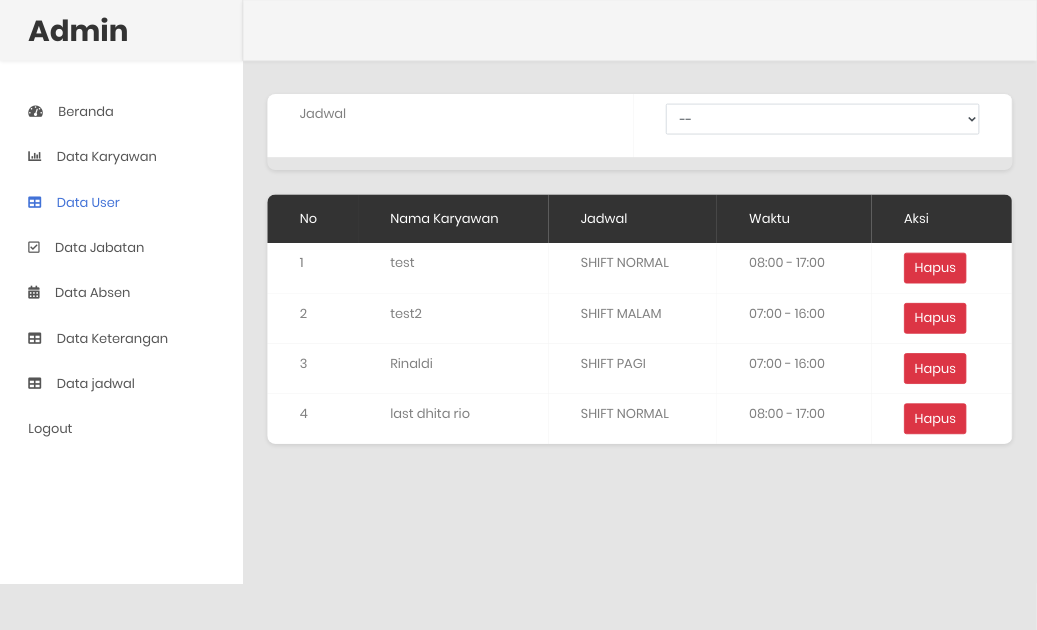
Repository: naldi23bob/Absen2
Page: http://localhost/datajadwal.php
The author's editor kept a copy of each file at every save. The page is drawn from the files as they stood at one save, then again after the next save.
The browser window is 1280 px wide. The pictures show the whole page, at 81% of full size.
The page is run by PHP 8.4 with error messages shown; the project is at /var/www/html/. The session is filled in as if someone had signed in: {"idsi": 2, "namasi": "admin", "ttlsi": 1, "jenkelsi": 1, "agamasi": 1, "alamatsi": 1, "teleponsi": 1, "jabatansi": 1, "schedulesi": 1, "fotosi": 1, "username": "admin"}. The database holds what the project's SQL file puts in it.

Above is the page before, as saved 2023-07-23 16:08:43.

After the next save:
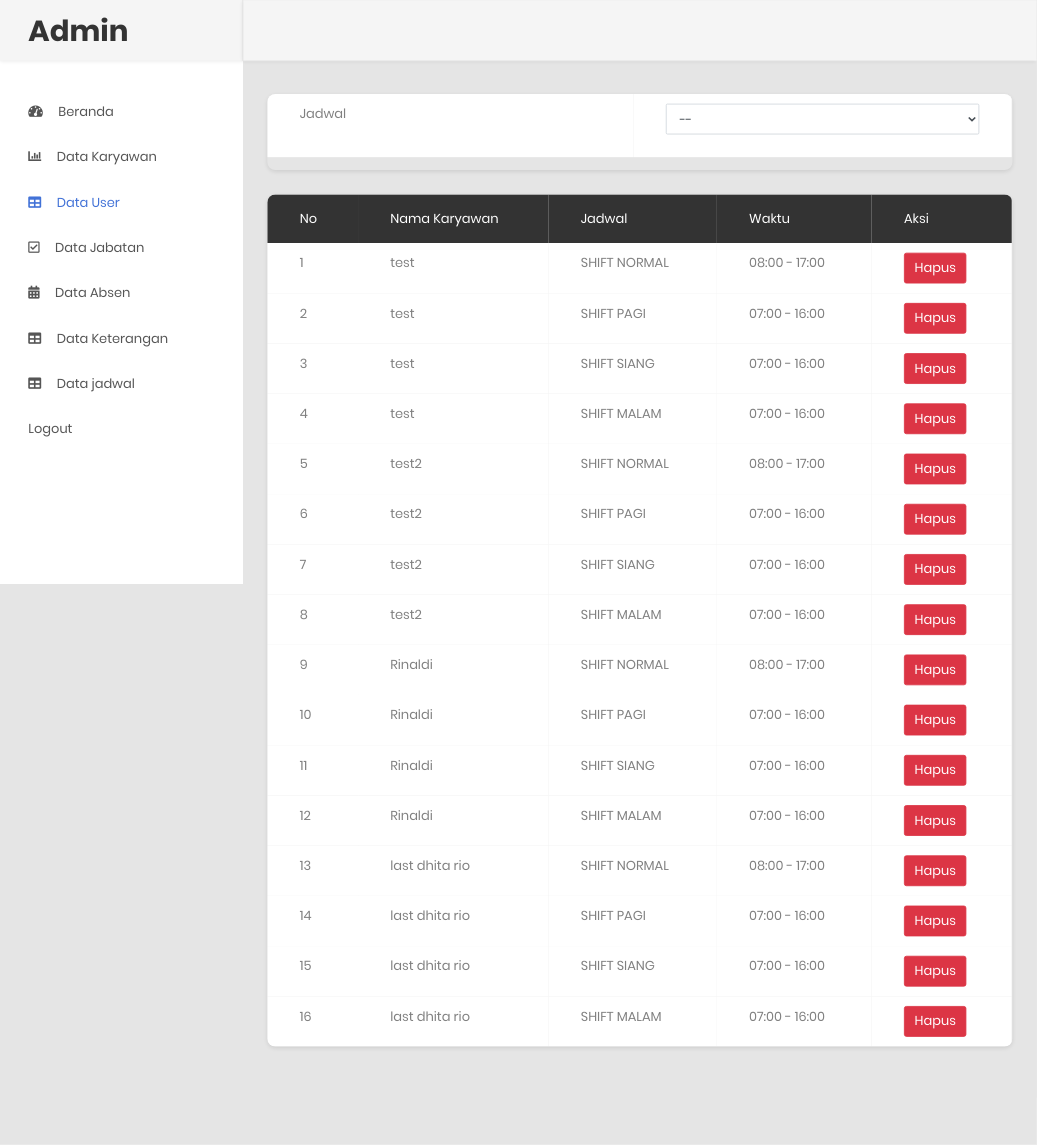
Saved 14 s later.
--- a/datajadwal.php
+++ b/datajadwal.php
@@ -261,7 +261,7 @@
                                         </thead>
                                         <?php
                                             include 'koneksi.php';
-                                            $sql = "SELECT * FROM tb_schedule JOIN tb_karyawan on id=schedule where schedule >'0'";
+                                            $sql = "SELECT * FROM tb_schedule JOIN tb_karyawan on id";
                                             $query = mysqli_query($koneksi, $sql);
 
                                             $no = 1;

After the save that followed:
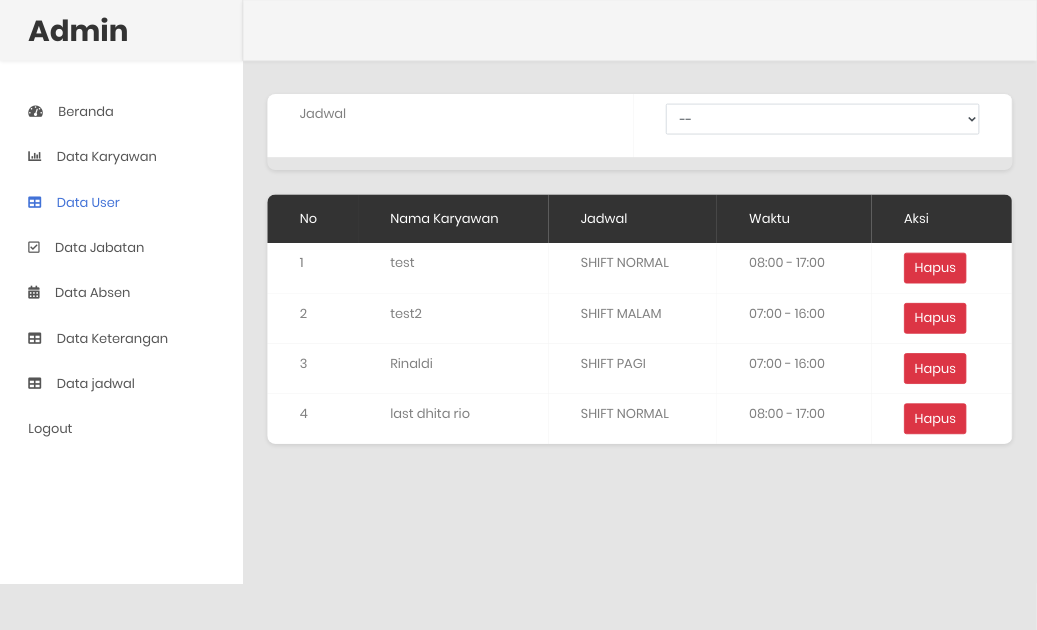
Saved 30 s later.
--- a/datajadwal.php
+++ b/datajadwal.php
@@ -261,7 +261,7 @@
                                         </thead>
                                         <?php
                                             include 'koneksi.php';
-                                            $sql = "SELECT * FROM tb_schedule JOIN tb_karyawan on id";
+                                            $sql = "SELECT * FROM tb_schedule JOIN tb_karyawan on id=schedule where schedule !=0";
                                             $query = mysqli_query($koneksi, $sql);
 
                                             $no = 1;
